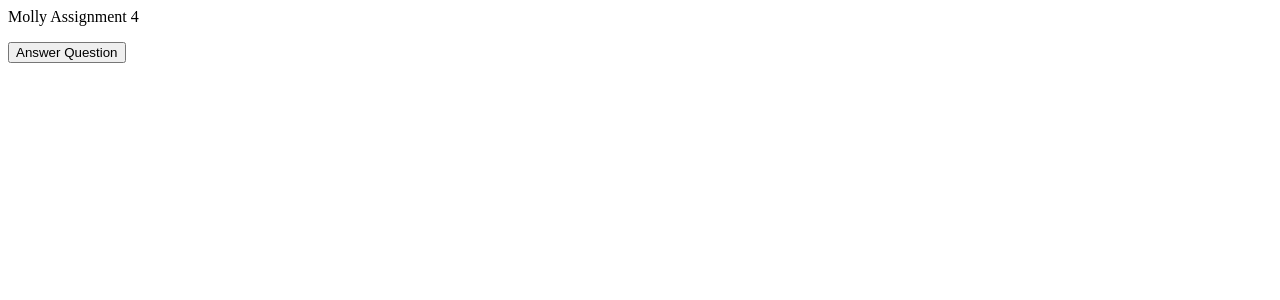
Repository: m0llyc00k/web-advanced
Page: a-3/index_MC_a4.html
The author's editor kept a record of every edit. The page is drawn from the files as they stood at one moment, then again after the next edit.
The browser window is 1280 px wide. The pictures show the whole page.

Above is the page before.

After the next edit:
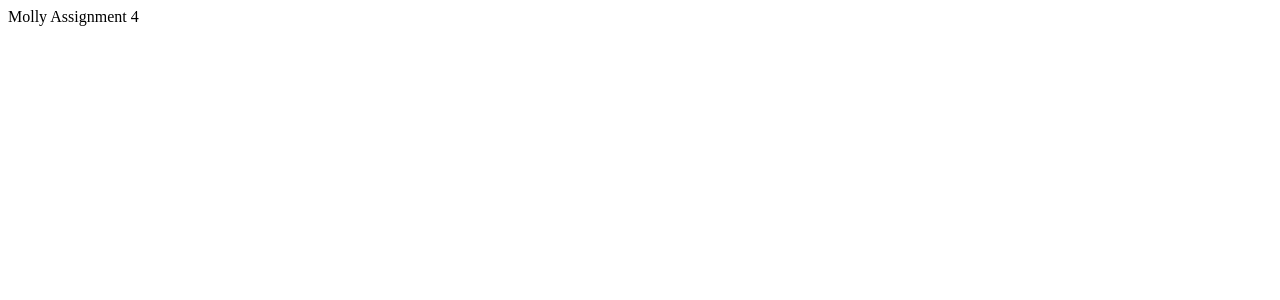
Console error: ReferenceError: myPet is not defined
The edit:
--- a/a-3/index_MC_a4.html
+++ b/a-3/index_MC_a4.html
@@ -27,7 +27,7 @@
 
 
   <script>
-    const myPet = '{"What is your pet\'s name?": "Spot", "What type of pet do you have?": "dog", "What is your pet\'s age?": 12, "What is your pet\'s color?": "brown and white", "What\'s your pet\'s favorite toy?": "bone" }';
+    // const myPet = '{"What is your pet\'s name?": "Spot", "What type of pet do you have?": "dog", "What is your pet\'s age?": 12, "What is your pet\'s color?": "brown and white", "What\'s your pet\'s favorite toy?": "bone" }';
 
     const questions = {
       "What is 2 + 2?": "4",

After the edit that followed:
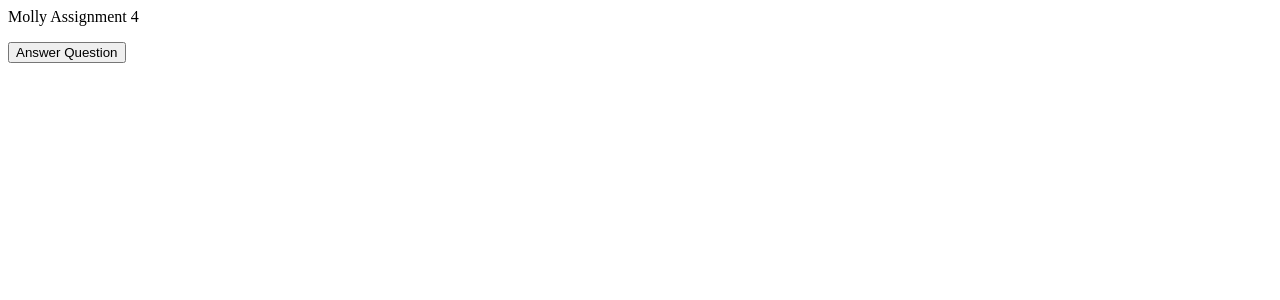
The error is gone.
The edit:
--- a/a-3/index_MC_a4.html
+++ b/a-3/index_MC_a4.html
@@ -37,7 +37,7 @@
 
     }
 
-    const myObj = JSON.parse(myPet);
+    // const myObj = JSON.parse(myPet);
 
     let btn = document.createElement("button");
     btn.innerHTML = "Answer Question";
